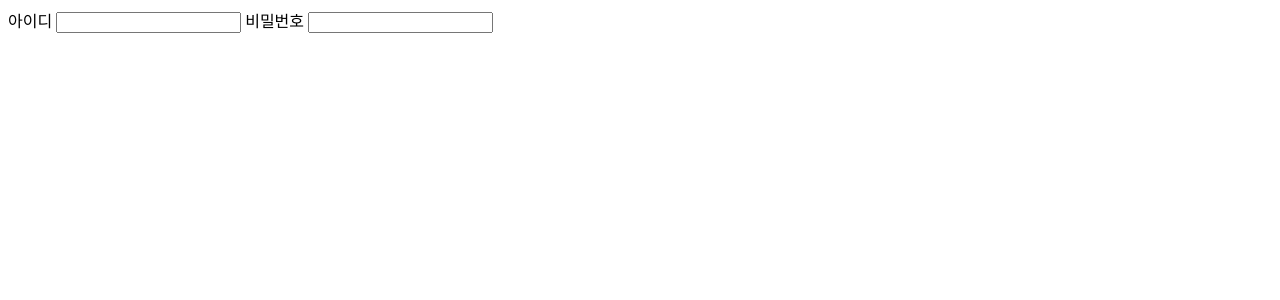
Repository: JYH94/JAVA
Page: web01/src/main/webapp/servletTestForm/index.html
These files come from the project's save history. The page is drawn as it stood at one moment and after the next save; the edit follows.
The browser window is 1280 px wide. The pictures show the whole page.

Above is the page before, as saved 2024-01-11 09:51:33.

### web01/src/main/webapp/servletTestForm/index.html
<!DOCTYPE html>
<html lang="en">

<head>
    <meta charset="UTF-8">
    <meta name="viewport" content="width=device-width, initial-scale=1.0">
    <title>Document</title>
</head>

<body>
    <form action="get">
        <label for="userid">아이디
            <input type="text" name="userid" id="userid">
        </label>
        <label for="userid">비밀번호
            <input type="text" name="userid" id="userid">
        </label>
    </form>
</body>

</html>

After the next save:
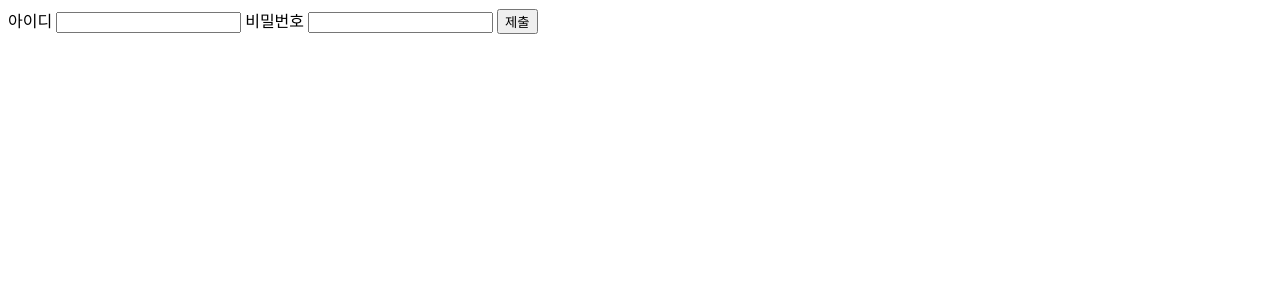
Saved 47 s later.
--- a/web01/src/main/webapp/servletTestForm/index.html
+++ b/web01/src/main/webapp/servletTestForm/index.html
@@ -15,6 +15,7 @@
         <label for="userid">비밀번호
             <input type="text" name="userid" id="userid">
         </label>
+        <button>제출</button>
     </form>
 </body>
 
